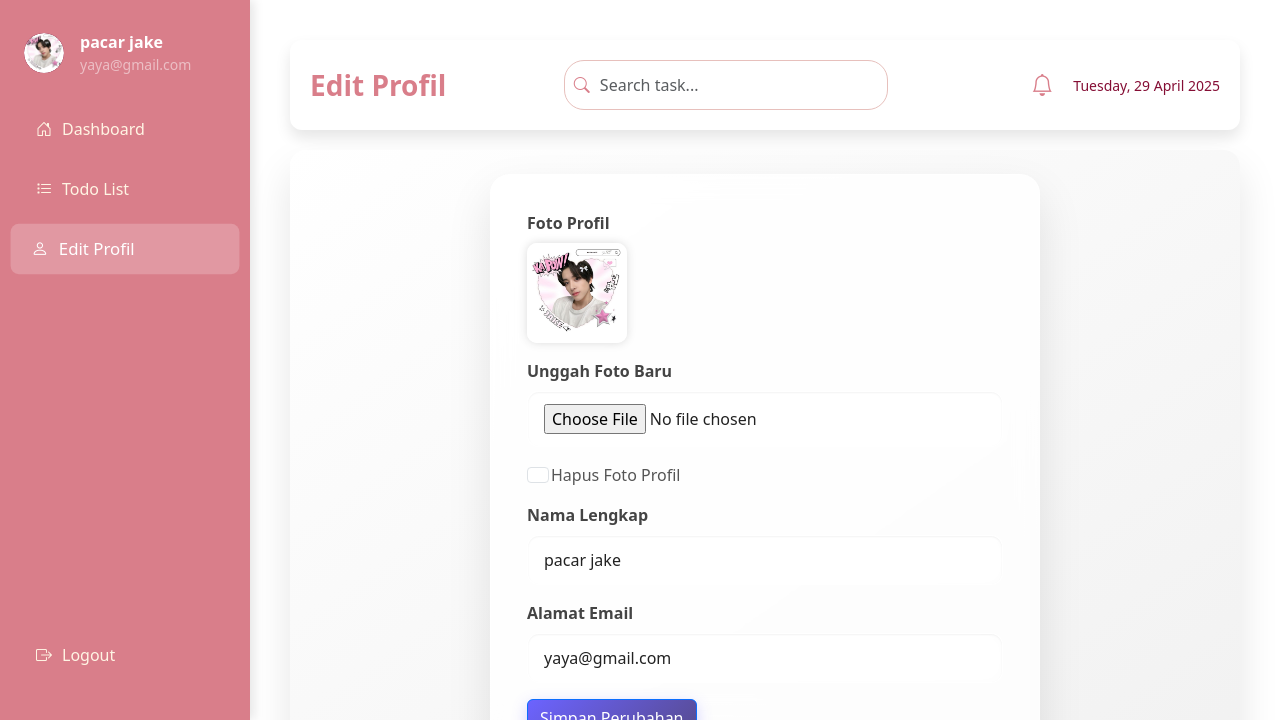
Repository: zhr-nabila/FloTime
Page: http://localhost/profile.php
An editor plug-in stored every save of this project. The page is shown before and after the next save, followed by the edit.
The browser window is 1280 px wide. The pictures show the whole page.
An inner scrolling area shows only its first screen. The page is run by PHP 8.4 with error messages shown; the project is at /var/www/html/. The session is filled in as if someone had signed in: {"email": "yaya@gmail.com", "status": "login", "user_id": 2}. The database holds what the project's SQL file puts in it.

Above is the page before, as saved 2025-04-30 22:49:06.

After the next save:
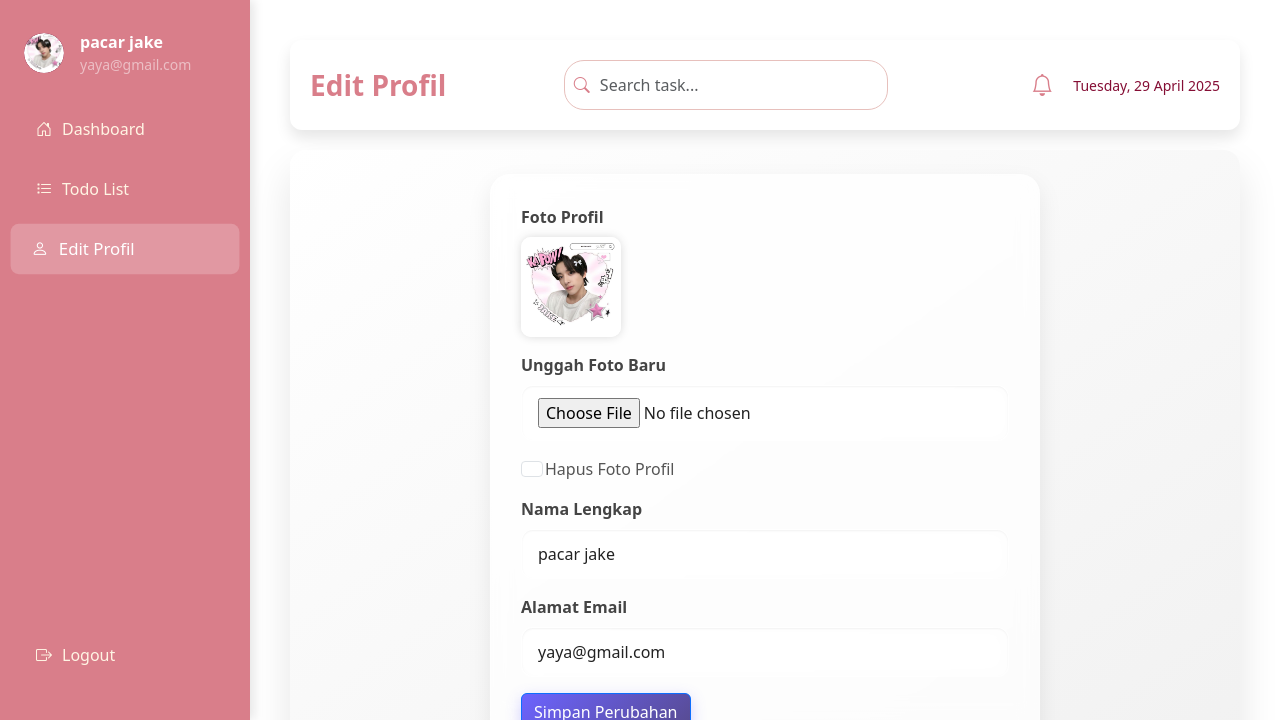
Saved 5 s later.
--- a/css/profile.css
+++ b/css/profile.css
@@ -74,7 +74,7 @@ body {
 }
 
 /* Form box */
-.form-profile {
+/* .form-profile {
     max-width: 550px;
     margin: 0 auto;
     background: rgba(255, 255, 255, 0.8);
@@ -83,7 +83,7 @@ body {
     backdrop-filter: blur(12px);
     box-shadow: 0 20px 45px rgba(0, 0, 0, 0.1);
     border: 1px solid rgba(255, 255, 255, 0.4);
-}
+} */
 
 /* Avatar */
 .photo-user, .user-avatar-lg {
